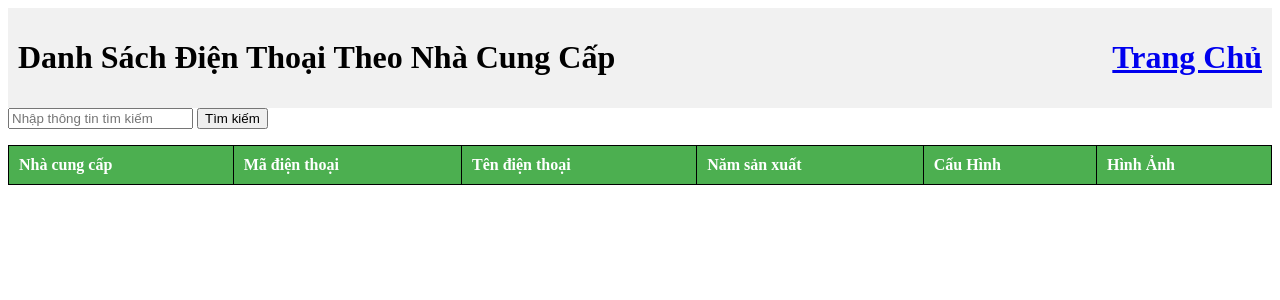
Repository: ducvu2414/WWW_OnGK
Page: http://localhost/Bai1/QuanLyForm
These files come from the project's save history. The page is drawn as it stood at one moment and after the next save; the edit follows.
The browser window is 1280 px wide. The pictures show the whole page.
The page is served by Tomcat 10. Other server files are loaded and not shown.

Above is the page before, as saved 2024-10-05 07:09:16.

### Bai1/src/main/webapp/QuanLyForm.jsp
<%@ page contentType="text/html;charset=UTF-8" language="java"%>
<%@ taglib uri="http://java.sun.com/jsp/jstl/core" prefix="c"%>
<%@ page import="java.util.List"%>
<%@ page import="entities.NhaCungCap"%>
<%@ page import="entities.DienThoai"%>

<html>
<head>
    <title>Quản Lý Form</title>
    <style type="text/css">
        table {
            border-collapse: collapse;
            width: 100%;
        }

        table, th, td {
            border: 1px solid black;
        }

        th, td {
            padding: 10px;
            text-align: left;
        }

        th {
            background-color: #4CAF50;
            color: white;
        }

        #header {
            background-color: #f1f1f1;
            text-align: center;
            padding: 10px;
            display: flex;
            flex-direction: row;
            justify-content: space-between;
            align-items: center;
        }

        #message {
            color: red;
            font-weight: bold;
        }
    </style>
</head>
<body>
    <div id="header">
        <h1>Danh Sách Điện Thoại Theo Nhà Cung Cấp</h1>
        <h1>
            <a href="${pageContext.request.contextPath}">Trang Chủ</a>
        </h1>
    </div>

    <div>
        <form action="DanhSachDienThoaiNCCServlet" method="GET">
            <input type="hidden" name="action" value="search" />
            <input type="text" name="thongTinTimKiem" placeholder="Nhập thông tin tìm kiếm" />
            <input type="submit" value="Tìm kiếm" />
        </form>
    </div>

    <c:if test="${not empty message}">
        <div id="message">${message}</div>
    </c:if>

    <table border="1">
        <thead>
            <tr>
                <th>Nhà cung cấp</th>
                <th>Mã điện thoại</th>
                <th>Tên điện thoại</th>
                <th>Năm sản xuất</th>
                <th>Cấu Hình</th>
                <th>Hình Ảnh</th>
            </tr>
        </thead>
        <tbody>
            <c:if test="${not empty nhaCungCapDienThoais}">
                <c:forEach var="dt" items="${nhaCungCapDienThoais}">
                    <tr>
                        <td>${dt.nhaCungCap.tenNhaCC}</td>
                        <td>${dt.id}</td>
                        <td>${dt.tenDT}</td>
                        <td>${dt.namSanXuat}</td>
                        <td>${dt.cauHinh}</td>
                        <td><img src="${pageContext.request.contextPath}/resources/images/${dt.hinhAnh}" alt="Hình ảnh điện thoại" width="100" height="100" /></td>
                    </tr>
                </c:forEach>
            </c:if>
        </tbody>
    </table>
</body>
</html>

### Bai1/src/main/java/controller/QuanLyFormServlet.java
package controller;

import jakarta.servlet.ServletException;
import jakarta.servlet.annotation.WebServlet;
import jakarta.servlet.http.HttpServlet;
import jakarta.servlet.http.HttpServletRequest;
import jakarta.servlet.http.HttpServletResponse;
import java.io.IOException;

/**
 * Servlet implementation class QuanLyFormServlet
 */
public class QuanLyFormServlet extends HttpServlet {
	private static final long serialVersionUID = 1L;

    /**
     * @see HttpServlet#HttpServlet()
     */
    public QuanLyFormServlet() {
        super();
        // TODO Auto-generated constructor stub
    }

	/**
	 * @see HttpServlet#doGet(HttpServletRequest request, HttpServletResponse response)
	 */
	protected void doGet(HttpServletRequest request, HttpServletResponse response) throws ServletException, IOException {
		// TODO Auto-generated method stub
		request.getRequestDispatcher("/QuanLyForm.jsp").forward(request, response);
	}

	/**
	 * @see HttpServlet#doPost(HttpServletRequest request, HttpServletResponse response)
	 */
	protected void doPost(HttpServletRequest request, HttpServletResponse response) throws ServletException, IOException {
		// TODO Auto-generated method stub
		doGet(request, response);
	}

}

After the next save:
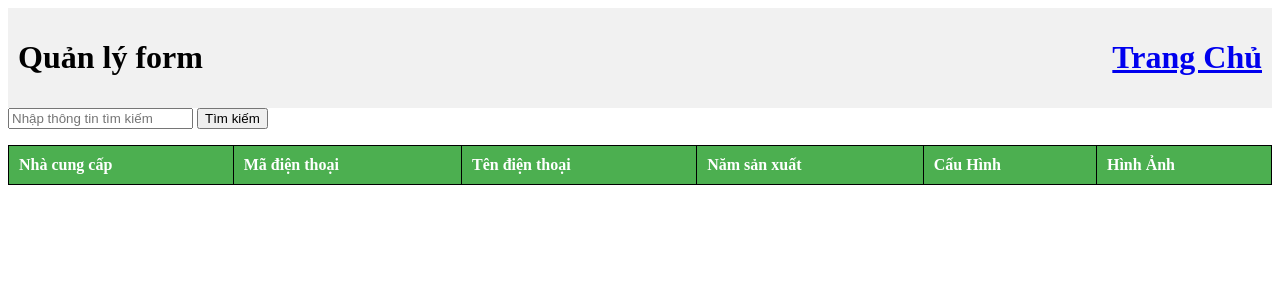
Saved 12 s later.
--- a/Bai1/src/main/webapp/QuanLyForm.jsp
+++ b/Bai1/src/main/webapp/QuanLyForm.jsp
@@ -45,7 +45,7 @@
 </head>
 <body>
     <div id="header">
-        <h1>Danh Sách Điện Thoại Theo Nhà Cung Cấp</h1>
+       <h1>Quản lý form</h1>
         <h1>
             <a href="${pageContext.request.contextPath}">Trang Chủ</a>
         </h1>
